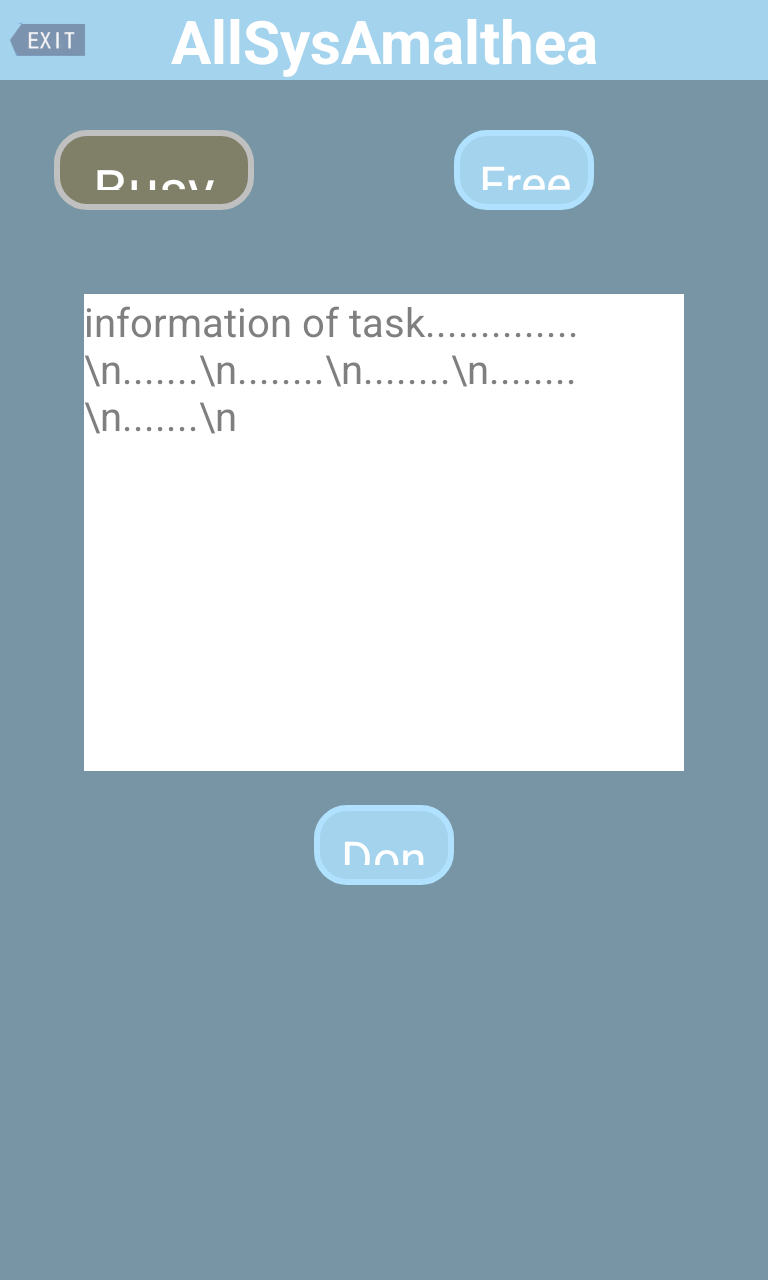
Repository: AllSysAmalthea/AllSys
Layout: APP/AppUI code/代码/Allsys/res/layout/activity_voluteer.xml
An editor plug-in stored every save of this project. The layout is shown before and after the next save, followed by the edit.
It is drawn on a 768 x 1280 px phone screen (xhdpi) without system bars, with theme android:Theme.NoTitleBar; the app's code is not run.

Above is the layout before, as saved 2015-06-08 02:52:47.

### APP/AppUI code/代码/Allsys/res/layout/activity_voluteer.xml
<RelativeLayout xmlns:android="http://schemas.android.com/apk/res/android"
    xmlns:tools="http://schemas.android.com/tools"
    android:layout_width="match_parent"
    android:layout_height="wrap_content"
    android:layout_gravity="center_horizontal"
    android:background="@drawable/back"
    android:gravity="top"
    tools:context=".VoluteerAvtivity" >

    <AbsoluteLayout
        android:id="@+id/linearLayout1"
        android:layout_width="fill_parent"
        android:layout_height="wrap_content"
        android:orientation="horizontal" >

        <TextView
            android:id="@+id/header_text"
            android:layout_width="fill_parent"
            android:layout_height="80px"
            android:layout_x="0px"
            android:layout_y="0px"
            android:background="#A4D3EE"
            android:gravity="center"
            android:singleLine="true"
            android:text="AllSysAmalthea"
            android:textColor="#ffffff"
            android:textSize="30sp"
            android:textStyle="bold" />

        <ImageButton
            android:id="@+id/exit"
            android:layout_width="80px"
            android:layout_height="80px"
            android:layout_x="5dp"
            android:layout_y="4dp"
            android:background="@drawable/exit" />

        <ImageButton
            android:id="@+id/user"
            android:layout_width="100px"
            android:layout_height="100px"
            android:layout_x="502dp"
            android:layout_y="-13dp"
            android:background="@drawable/user" />

    </AbsoluteLayout>

		<TextView
		    android:id="@+id/businesscardsingle_content_abstract"
		    android:layout_width="300dp"
		    android:layout_height="wrap_content"
		    android:layout_below="@+id/Busy"
		    android:layout_centerHorizontal="true"
		    android:layout_marginTop="42dp"
		    android:background="#ffffff"
		    android:lineSpacingMultiplier="1.0"
		    android:lines="10"
		    android:text="information of task..............\n.......\n........\n........\n........\n.......\n"
		    android:textColor="#7f7f7f"
		    android:textSize="20sp" />

		<Button
		    android:id="@+id/Done"
		    android:layout_width="140px"
		    android:layout_height="80px"
		    android:layout_below="@+id/businesscardsingle_content_abstract"
		    android:layout_centerHorizontal="true"
		    android:layout_marginTop="17dp"
		    android:background="@drawable/shape3"
		    android:text="Done"
		    android:textColor="#ffffff"
		    android:textSize="24sp" />

		<Button
		    android:id="@+id/Busy"
		    android:layout_width="200px"
		    android:layout_height="80px"
		    android:layout_below="@+id/linearLayout1"
		    android:layout_marginRight="30dp"
		    android:layout_marginTop="21dp"
		    android:layout_toLeftOf="@+id/Done"
		    android:background="@drawable/shape"
		    android:text="Busy"
		    android:textColor="#ffffff"
		    android:textSize="28sp" />

		<Button
		    android:id="@+id/Free"
		    android:layout_width="140px"
		    android:layout_height="80px"
		    android:layout_above="@+id/businesscardsingle_content_abstract"
		    android:layout_toRightOf="@+id/Done"
		    android:background="@drawable/shape3"
		    android:text="Free"
		    android:textColor="#ffffff"
		    android:textSize="24sp" />

</RelativeLayout>

### APP/AppUI code/代码/Allsys/res/drawable-mdpi/shape3.xml
<?xml version="1.0" encoding="utf-8"?>
<shape xmlns:android="http://schemas.android.com/apk/res/android"
    android:shape="rectangle" >

    <!-- 填充的颜色：这里设置背景透明 -->
    <solid android:color="#A4D3EE" />
    <!-- 边框的颜色 ：不能和窗口背景色一样-->
    <stroke
        android:width="3dp"
        android:color="#B0E2FF" />
    <!-- 设置按钮的四个角为弧形 -->
    <!-- android:radius 弧形的半径 -->
    <corners android:radius="15dip" />

    <!-- padding：Button里面的文字与Button边界的间隔 -->
    <padding
        android:bottom="10dp"
        android:left="10dp"
        android:right="10dp"
        android:top="10dp" />

</shape>

### APP/AppUI code/代码/Allsys/res/drawable-mdpi/shape.xml
<?xml version="1.0" encoding="utf-8"?>
<shape xmlns:android="http://schemas.android.com/apk/res/android"
    android:shape="rectangle" >

    <!-- 填充的颜色：这里设置背景透明 -->
    <solid android:color="#808069" />
    <!-- 边框的颜色 ：不能和窗口背景色一样-->
    <stroke
        android:width="3dp"
        android:color="#C0C0C0" />
    <!-- 设置按钮的四个角为弧形 -->
    <!-- android:radius 弧形的半径 -->
    <corners android:radius="15dip" />

    <!-- padding：Button里面的文字与Button边界的间隔 -->
    <padding
        android:bottom="10dp"
        android:left="10dp"
        android:right="10dp"
        android:top="10dp" />

</shape>

After the next save:
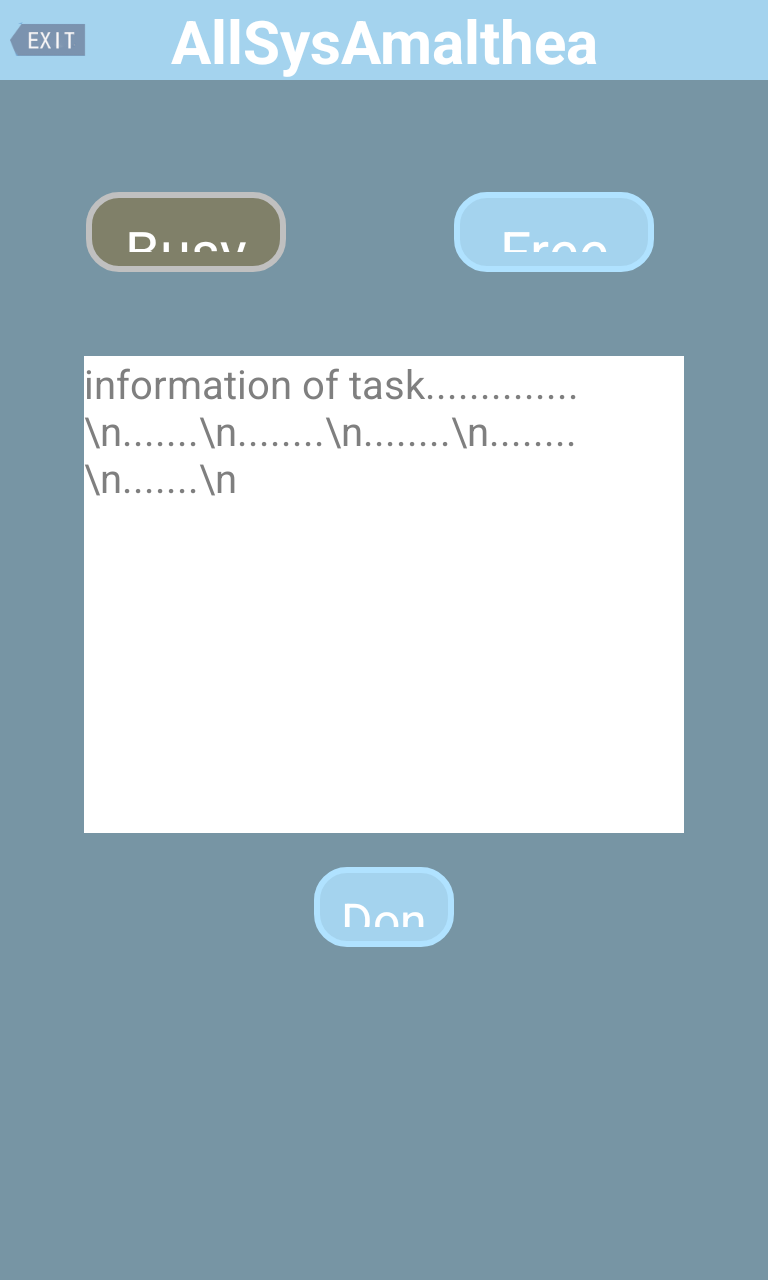
Saved 22 s later.
--- a/APP/AppUI code/代码/Allsys/res/layout/activity_voluteer.xml
+++ b/APP/AppUI code/代码/Allsys/res/layout/activity_voluteer.xml
@@ -72,27 +72,27 @@
 		    android:textSize="24sp" />
 
 		<Button
-		    android:id="@+id/Busy"
+		    android:id="@+id/Free"
 		    android:layout_width="200px"
-		    android:layout_height="80px"
-		    android:layout_below="@+id/linearLayout1"
-		    android:layout_marginRight="30dp"
-		    android:layout_marginTop="21dp"
-		    android:layout_toLeftOf="@+id/Done"
-		    android:background="@drawable/shape"
-		    android:text="Busy"
-		    android:textColor="#ffffff"
-		    android:textSize="28sp" />
-
-		<Button
-		    android:id="@+id/Free"
-		    android:layout_width="140px"
 		    android:layout_height="80px"
 		    android:layout_above="@+id/businesscardsingle_content_abstract"
 		    android:layout_toRightOf="@+id/Done"
 		    android:background="@drawable/shape3"
 		    android:text="Free"
 		    android:textColor="#ffffff"
-		    android:textSize="24sp" />
+		    android:textSize="28sp" />
+
+		<Button
+		    android:id="@+id/Busy"
+		    android:layout_width="200px"
+		    android:layout_height="80px"
+		    android:layout_alignRight="@+id/Done"
+		    android:layout_below="@+id/linearLayout1"
+		    android:layout_marginRight="84dp"
+		    android:layout_marginTop="52dp"
+		    android:background="@drawable/shape"
+		    android:text="Busy"
+		    android:textColor="#ffffff"
+		    android:textSize="28sp" />
 
 </RelativeLayout>
